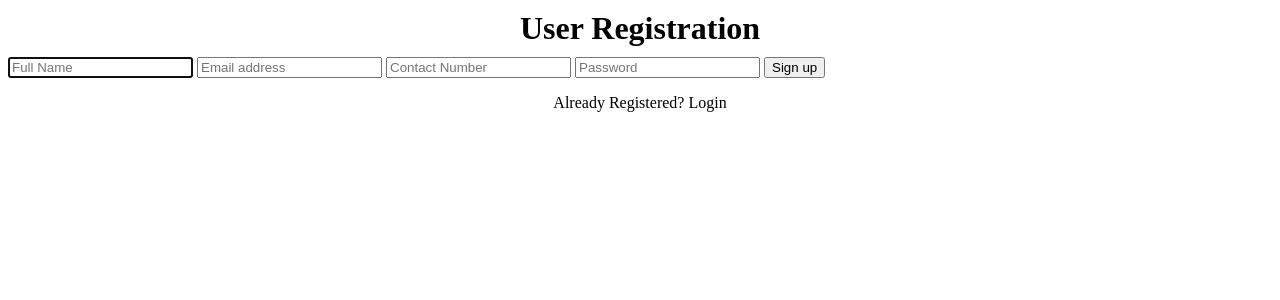
Repository: sagarpatil11/ToDo
Page: todo/src/main/webapp/templates/userregistration.html
The author's editor kept a copy of each file at every save. The page is drawn from the files as they stood at one save, then again after the next save.
The browser window is 1280 px wide. The pictures show the whole page.

Above is the page before, as saved 2017-07-21 05:18:54.

After the next save:
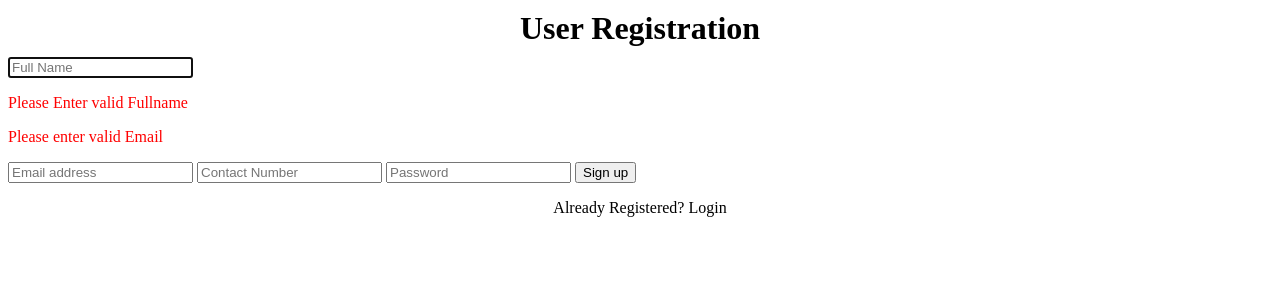
Saved 5 h 59 min later.
--- a/todo/src/main/webapp/templates/userregistration.html
+++ b/todo/src/main/webapp/templates/userregistration.html
@@ -5,7 +5,11 @@
 
             <form class="form-signin" method="post">
 
-            	<input type="text" data-ng-model="fullname" id="fullname" class="form-control" placeholder="Full Name" required autofocus>
+            	<div class="form-group">
+            		<input type="text" data-ng-model="fullname" id="fullname" class="form-control" placeholder="Full Name" required autofocus>
+                	<p><span data-ng-show="userform.email.$error.required && userform.email.$touched" style="color: red">Please Enter valid Fullname</span></p>
+               		<p><span data-ng-show="userform.email.$error.email && userform.email.$touched" style="color: red">Please enter valid Email</span></p>
+               	</div>
 
                 <input type="email" data-ng-model="email" id="inputEmail" class="form-control" placeholder="Email address" required >
 
